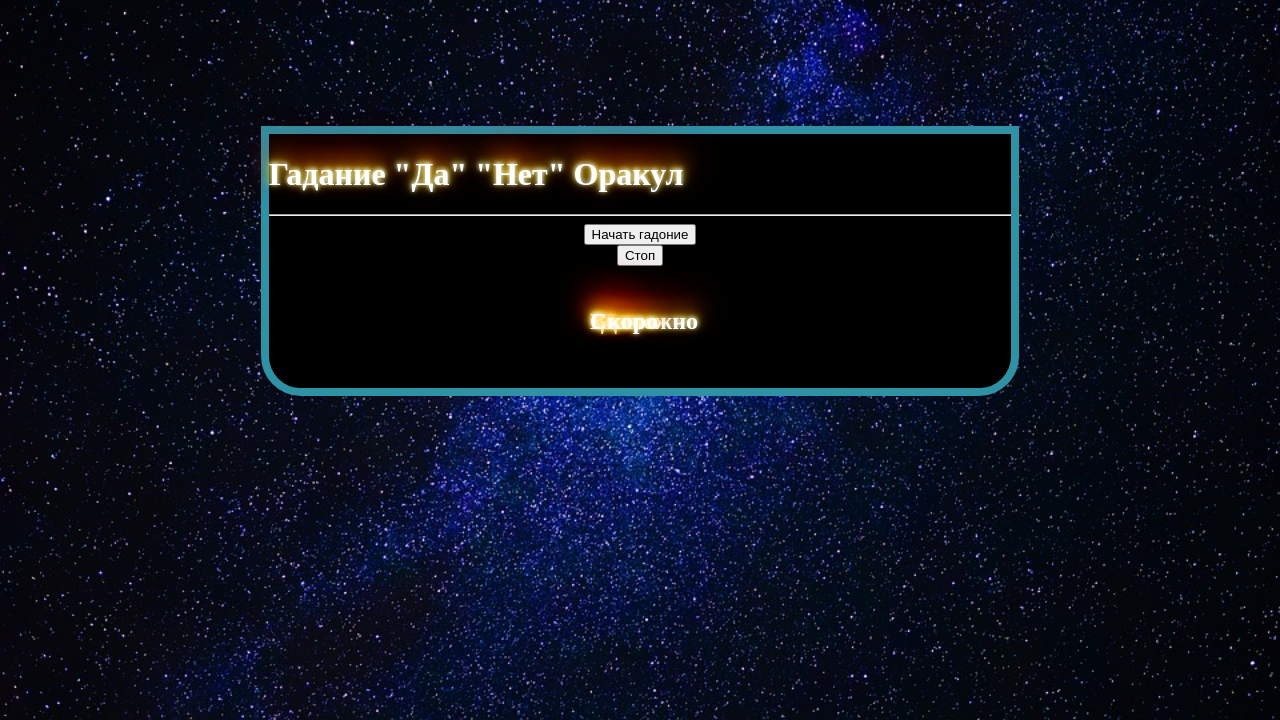
Repository: vadhub/JSP-Service
Page: http://localhost/JSPage/index.jsp
These files come from the project's save history. The page is drawn as it stood at one moment and after the next save; the edit follows.
The browser window is 1280 px wide. The pictures show the whole page.
The page is served by Tomcat 9.

Above is the page before, as saved 2019-07-23 09:45:02.
Console error: ReferenceError: docement is not defined

After the next save:
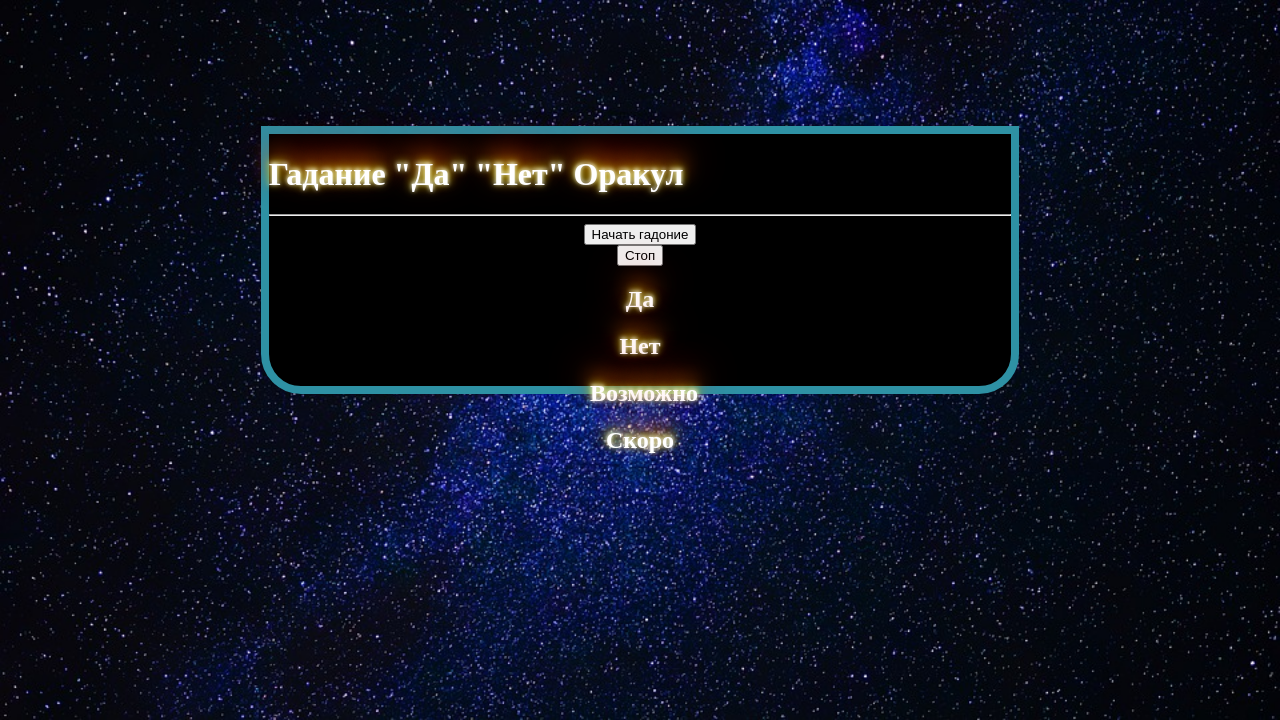
Saved 16 s later.
--- a/JSPage/WebContent/styles.css
+++ b/JSPage/WebContent/styles.css
@@ -55,17 +55,8 @@
   animation: loader 2s infinite ease-in-out;
   color: #FFFFFF;
   text-shadow: 0 -1px 4px #FFF, 0 -2px 10px #ff0, 0 -10px 20px #ff8000, 0 -18px 40px #F00;
-
 }
 
-.loader span {
-  width: 50px;
-  height: 50px;
-  position: absolute;
-  left: 0;
-  top: 0;
-
-}
 .loader span:nth-child(1) {
  	animation: span-1 5s ease-in-out;
 }

After the save that followed:
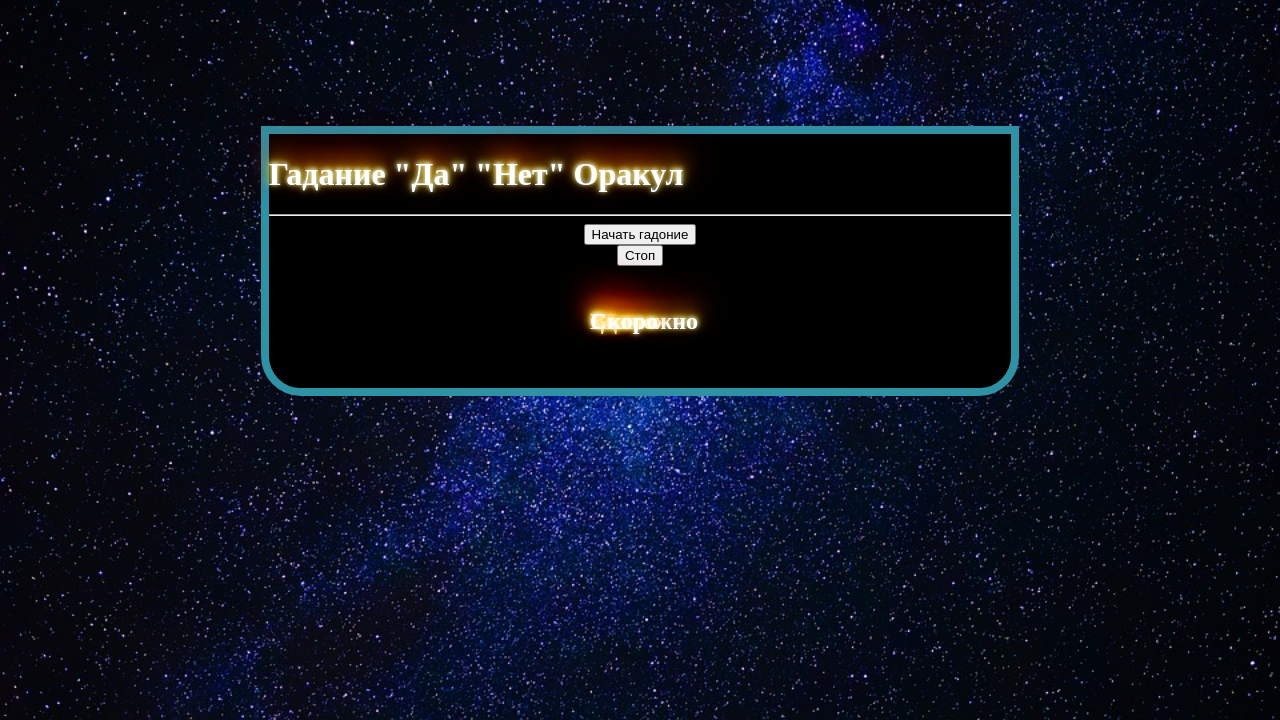
Saved 6 s later.
--- a/JSPage/WebContent/styles.css
+++ b/JSPage/WebContent/styles.css
@@ -55,8 +55,17 @@
   animation: loader 2s infinite ease-in-out;
   color: #FFFFFF;
   text-shadow: 0 -1px 4px #FFF, 0 -2px 10px #ff0, 0 -10px 20px #ff8000, 0 -18px 40px #F00;
+
 }
 
+.loader span {
+  width: 50px;
+  height: 50px;
+  position: absolute;
+  left: 0;
+  top: 0;
+
+}
 .loader span:nth-child(1) {
  	animation: span-1 5s ease-in-out;
 }
